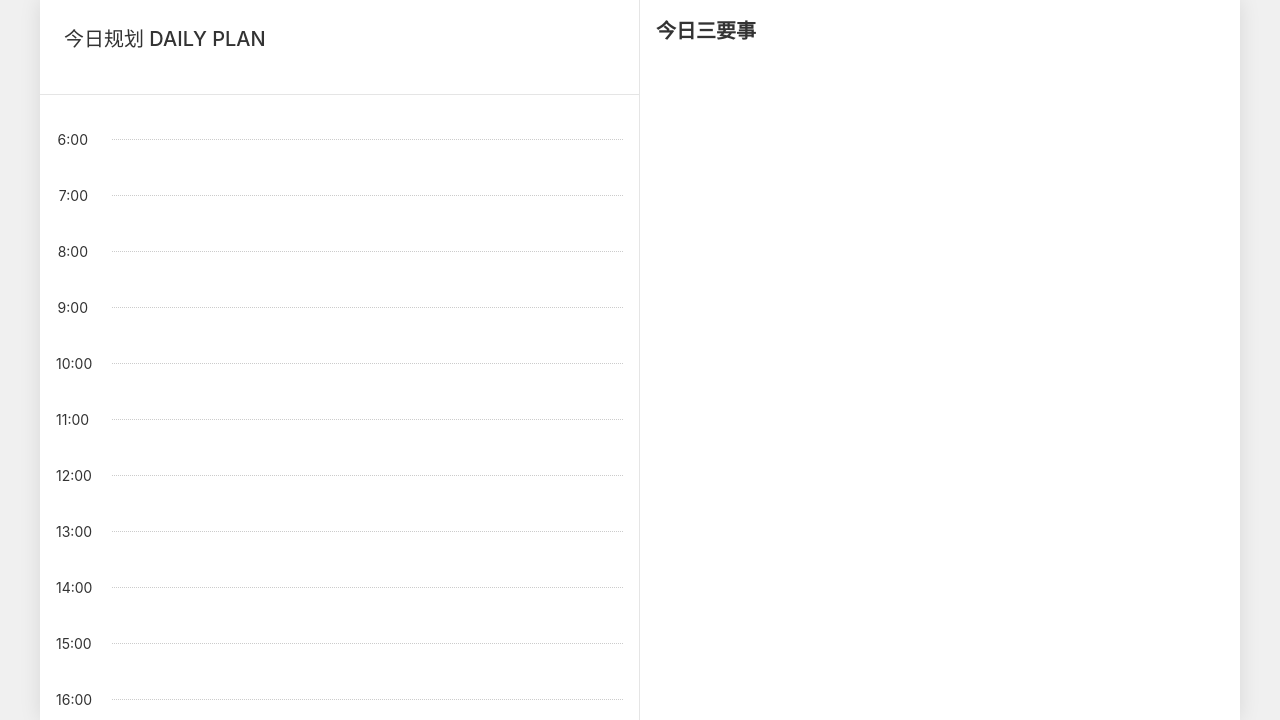
Repository: a6288a/Daily-Planner
Page: index.html
The author's editor kept a copy of each file at every save. The page is drawn from the files as they stood at one save, then again after the next save.
The browser window is 1280 px wide. The pictures show the whole page.
An inner scrolling area shows only its first screen.

Above is the page before, as saved 2024-12-10 16:03:40.

### index.html
<!DOCTYPE html>
<html lang="zh">
<head>
    <meta charset="UTF-8">
    <meta name="viewport" content="width=device-width, initial-scale=1.0">
    <title>每日规划笔记本</title>
    <link rel="stylesheet" href="styles.css">
</head>
<body>
    <div class="container">
        <!-- 左侧时间轴区域 -->
        <div class="timeline-area">
            <!-- 顶部日期区域 -->
            <div class="date-header">
                <div class="current-date" id="current-date">
                    <!-- 日期将通过 JS 动态生成 -->
                </div>
                <h1 class="page-title">今日规划 DAILY PLAN</h1>
            </div>
            <div class="timeline-container" id="timeline-container">
                <!-- 时间轴将通过 JS 动态生成 -->
            </div>
        </div>

        <!-- 右侧区域 -->
        <div class="right-area">
            <!-- 三只青蛙区域 -->
            <div class="frogs-area">
                <h2 class="frogs-title">今日三要事</h2>
                <div class="frog-tasks">
                    <div class="frog-task" data-index="0">
                        <span class="frog-emoji">🐸</span>
                        <div class="task-content" data-placeholder="拖拽内容到这里"></div>
                    </div>
                    <div class="frog-task" data-index="1">
                        <span class="frog-emoji">🐸</span>
                        <div class="task-content" data-placeholder="拖拽内容到这里"></div>
                    </div>
                    <div class="frog-task" data-index="2">
                        <span class="frog-emoji">🐸</span>
                        <div class="task-content" data-placeholder="拖拽内容到这里"></div>
                    </div>
                </div>
            </div>

            <!-- 自由记录区域 -->
            <div class="free-area" id="free-area">
                <!-- 便签将通过 JS 动态生成 -->
            </div>
        </div>
    </div>
    <script src="script.js"></script>
</body>
</html>

### styles.css
:root {
    /* 纸张风格颜色变量 */
    --paper-color: #ffffff;
    --ink-color: #333333;
    --dot-color: #cccccc;
    --line-color: #e5e5e5;
    --accent-color: #4a90e2;

    /* 间距变量 */
    --spacing-unit: 8px;

    /* 字体变量 */
    --title-font: 'PingFang SC', -apple-system, BlinkMacSystemFont, 'Segoe UI', Roboto, sans-serif;
}

* {
    margin: 0;
    padding: 0;
    box-sizing: border-box;
}

body {
    font-family: var(--title-font);
    color: var(--ink-color);
    background-color: #f0f0f0;
    line-height: 1.5;
}

.container {
    display: grid;
    grid-template-columns: 1fr 1fr;
    min-height: 100vh;
    width: 100%;
    max-width: 1200px;
    margin: 0 auto;
    background: var(--paper-color);
    box-shadow: 0 0 20px rgba(0,0,0,0.1);
}

/* 日期头部样式 */
.date-header {
    padding: calc(var(--spacing-unit) * 3);
    border-bottom: 1px solid var(--line-color);
}

.page-title {
    font-size: 1.25rem;
    font-weight: 500;
    margin-bottom: calc(var(--spacing-unit) * 2);
    color: var(--ink-color);
}

.calendar {
    font-size: 0.75rem;
    color: var(--ink-color);
}

.month-grid {
    display: grid;
    grid-template-columns: repeat(12, 1fr);
    gap: 4px;
    margin-bottom: calc(var(--spacing-unit) * 2);
}

.weekday-row {
    display: grid;
    grid-template-columns: repeat(7, 1fr);
    gap: 4px;
}

/* 时间轴区域样式 */
.timeline-area {
    border-right: 1px solid var(--line-color);
    background: var(--paper-color);
    height: 100vh;
    overflow-y: auto;
}

.timeline-container {
    padding: calc(var(--spacing-unit) * 2);
}

.time-slot {
    position: relative;
    padding: calc(var(--spacing-unit) * 1.5) 0;
    margin-left: calc(var(--spacing-unit) * 6);
}

.time-label {
    position: absolute;
    left: calc(var(--spacing-unit) * -6);
    top: 50%;
    transform: translateY(-50%);
    font-size: 0.875rem;
    color: var(--ink-color);
    width: calc(var(--spacing-unit) * 4);
    text-align: right;
}

/* 点状引导线 */
.time-content {
    position: relative;
    margin-left: calc(var(--spacing-unit) * 3);
    min-height: calc(var(--spacing-unit) * 3);
    padding: 4px 0;
}

.time-content::before {
    content: '';
    position: absolute;
    left: calc(var(--spacing-unit) * -2);
    right: 0;
    top: 50%;
    border-top: 1px dotted var(--dot-color);
    z-index: 1;
}

/* 自由区域样式 */
.free-area {
    flex: 1;
    overflow: auto;
    padding: calc(var(--spacing-unit) * 2);
    position: relative;
}

.note {
    position: absolute;
    min-width: 200px;
    min-height: 120px;
    background: var(--surface-color);
    border-radius: 4px;
    padding: calc(var(--spacing-unit) * 1.5);
    cursor: move;
    box-shadow: var(--shadow-1);
    transition: all 0.2s ease;
}

.note:hover {
    box-shadow: var(--shadow-2);
}

.editable {
    width: 100%;
    height: 100%;
    border: none;
    resize: none;
    font-family: inherit;
    font-size: 0.9375rem;
    color: var(--text-primary);
    background: transparent;
    padding: 0;
}

.editable:focus {
    outline: none;
}

/* 响应式设计 */
@media (max-width: 768px) {
    .container {
        grid-template-columns: 1fr; /* 在小屏幕上堆叠显示 */
    }

    .timeline-area,
    .right-area {
        height: 50vh; /* 上下各占一半 */
    }

    .time-label {
        font-size: 0.75rem;
        left: calc(var(--spacing-unit) * -6);
    }

    .note {
        min-width: 160px;
        min-height: 100px;
    }
}

/* 滚动条美化 */
::-webkit-scrollbar {
    width: 8px;
}

::-webkit-scrollbar-track {
    background: var(--background-color);
}

::-webkit-scrollbar-thumb {
    background: var(--primary-light);
    border-radius: 4px;
}

::-webkit-scrollbar-thumb:hover {
    background: var(--primary-color);
}

/* 修改右侧区域结构 */
.right-area {
    display: flex;
    flex-direction: column;
    height: 100vh;
    background: var(--background-color);
}

/* 三只青蛙区域样式 */
.frogs-area {
    background: var(--surface-color);
    padding: calc(var(--spacing-unit) * 2);
    box-shadow: var(--shadow-1);
    border-bottom: 1px solid var(--border-color);
}

.frogs-title {
    font-size: 1.25rem;
    color: var(--text-primary);
    margin-bottom: calc(var(--spacing-unit) * 2);
    display: flex;
    align-items: center;
    gap: var(--spacing-unit);
}

.frog-emoji {
    font-size: 1.5rem;
}

.frog-tasks {
    display: grid;
    gap: calc(var(--spacing-unit) * 2);
    margin-bottom: var(--spacing-unit);
}

.frog-task {
    position: relative;
    padding: calc(var(--spacing-unit) * 1.5);
    background: var(--background-color);
    border-radius: 4px;
    border: 1px solid var(--border-color);
    min-height: calc(var(--spacing-unit) * 6);
    transition: all 0.2s ease;
}

.frog-task:empty::before {
    content: attr(data-placeholder);
    color: var(--text-secondary);
    position: absolute;
    pointer-events: none;
}

.frog-task:hover {
    border-color: var(--primary-color);
    box-shadow: var(--shadow-1);
}

.frog-task:focus {
    outline: none;
    border-color: var(--primary-color);
    box-shadow: var(--shadow-2);
}

/* 修改自由区域样式 */
.free-area {
    flex: 1;
    overflow: auto;
    padding: calc(var(--spacing-unit) * 2);
    position: relative;
}

/* 响应式设计更新 */
@media (max-width: 768px) {
    .container {
        grid-template-columns: 1fr;
    }

    .timeline-area,
    .right-area {
        height: 50vh;
    }

    .frogs-area {
        padding: var(--spacing-unit);
    }

    .frog-tasks {
        gap: var(--spacing-unit);
    }

    .frog-task {
        padding: var(--spacing-unit);
        min-height: calc(var(--spacing-unit) * 5);
    }
}

### script.js
// 初始化数据
let timelineData = JSON.parse(localStorage.getItem('timelineData')) || {};
let freeNotes = JSON.parse(localStorage.getItem('freeNotes')) || [];
let frogTasks = JSON.parse(localStorage.getItem('frogTasks')) || ['', '', '']; // 三只青蛙任务数据

// 初始化页面
document.addEventListener('DOMContentLoaded', () => {
    initializeTimeline();
    initializeFreeArea();
    initializeFrogTasks();
    loadSavedData();
});

// 初始化时间轴
function initializeTimeline() {
    const container = document.getElementById('timeline-container');

    // 生成6:00-24:00的时间槽
    for (let hour = 6; hour <= 24; hour++) {
        const timeSlot = document.createElement('div');
        timeSlot.className = 'time-slot';

        const timeLabel = document.createElement('div');
        timeLabel.className = 'time-label';
        timeLabel.textContent = `${hour}:00`;

        const timeContent = document.createElement('div');
        timeContent.className = 'time-content';
        timeContent.contentEditable = true;
        timeContent.dataset.hour = hour;

        // 加载保存的数据
        if (timelineData[hour]) {
            timeContent.textContent = timelineData[hour];
        }

        // 保存输入的内容
        timeContent.addEventListener('blur', (e) => {
            const hour = e.target.dataset.hour;
            timelineData[hour] = e.target.textContent;
            saveToLocalStorage();
        });

        // 添加拖拽功能
        timeContent.draggable = true;
        timeContent.addEventListener('dragstart', handleDragStart);
        timeContent.addEventListener('dragover', handleDragOver);
        timeContent.addEventListener('drop', handleDrop);

        timeSlot.appendChild(timeLabel);
        timeSlot.appendChild(timeContent);
        container.appendChild(timeSlot);
    }
}

// 初始化自由区域
function initializeFreeArea() {
    const freeArea = document.getElementById('free-area');

    // 点击空白处添加新便签
    freeArea.addEventListener('dblclick', (e) => {
        if (e.target === freeArea) {
            createNote(e.clientX, e.clientY);
        }
    });
}

// 创建新便签
function createNote(x, y) {
    const note = document.createElement('div');
    note.className = 'note';

    const textarea = document.createElement('textarea');
    textarea.className = 'editable';

    note.style.left = `${x}px`;
    note.style.top = `${y}px`;

    note.appendChild(textarea);
    document.getElementById('free-area').appendChild(note);

    // 使便签可拖动
    makeDraggable(note);

    // 保存便签内容
    textarea.addEventListener('blur', () => {
        const noteData = {
            id: Date.now(),
            content: textarea.value,
            position: {
                x: note.offsetLeft,
                y: note.offsetTop
            }
        };
        freeNotes.push(noteData);
        saveToLocalStorage();
    });
}

// 使元素可拖动
function makeDraggable(element) {
    let pos1 = 0, pos2 = 0, pos3 = 0, pos4 = 0;

    element.onmousedown = dragMouseDown;

    function dragMouseDown(e) {
        e.preventDefault();
        pos3 = e.clientX;
        pos4 = e.clientY;
        document.onmouseup = closeDragElement;
        document.onmousemove = elementDrag;
    }

    function elementDrag(e) {
        e.preventDefault();
        pos1 = pos3 - e.clientX;
        pos2 = pos4 - e.clientY;
        pos3 = e.clientX;
        pos4 = e.clientY;

        element.style.top = (element.offsetTop - pos2) + "px";
        element.style.left = (element.offsetLeft - pos1) + "px";
    }

    function closeDragElement() {
        document.onmouseup = null;
        document.onmousemove = null;
    }
}

// 处理时间轴拖拽
function handleDragStart(e) {
    e.dataTransfer.setData('text/plain', e.target.dataset.hour);
}

function handleDragOver(e) {
    e.preventDefault();
}

function handleDrop(e) {
    e.preventDefault();
    const sourceHour = e.dataTransfer.getData('text/plain');
    const targetHour = e.target.dataset.hour;

    // 交换内容
    const temp = timelineData[sourceHour];
    timelineData[sourceHour] = timelineData[targetHour];
    timelineData[targetHour] = temp;

    // 更新显示
    loadSavedData();
}

// 初始化三只青蛙任务
function initializeFrogTasks() {
    const frogTaskElements = document.querySelectorAll('.frog-task');

    frogTaskElements.forEach((task, index) => {
        // 加载保存的数据
        task.textContent = frogTasks[index] || '';

        // 保存任务内容
        task.addEventListener('blur', (e) => {
            frogTasks[index] = e.target.textContent;
            saveToLocalStorage();
        });

        // 添加键盘事件
        task.addEventListener('keydown', (e) => {
            if (e.key === 'Enter') {
                e.preventDefault();
                task.blur();
            }
        });

        // 添加动画效果
        task.addEventListener('focus', () => {
            task.style.transform = 'scale(1.02)';
        });

        task.addEventListener('blur', () => {
            task.style.transform = 'scale(1)';
        });
    });
}

// 加载保存的数据
function loadSavedData() {
    // 加载时间轴数据
    for (const hour in timelineData) {
        const timeContent = document.querySelector(`[data-hour="${hour}"]`);
        if (timeContent) {
            timeContent.textContent = timelineData[hour];
        }
    }

    // 加载自由区便签
    freeNotes.forEach(note => {
        const noteElement = document.createElement('div');
        noteElement.className = 'note';
        noteElement.style.left = `${note.position.x}px`;
        noteElement.style.top = `${note.position.y}px`;

        const textarea = document.createElement('textarea');
        textarea.className = 'editable';
        textarea.value = note.content;

        noteElement.appendChild(textarea);
        document.getElementById('free-area').appendChild(noteElement);
        makeDraggable(noteElement);
    });

    // 加载青蛙任务
    const frogTaskElements = document.querySelectorAll('.frog-task');
    frogTaskElements.forEach((task, index) => {
        task.textContent = frogTasks[index] || '';
    });
}

// 保存到本地存储
function saveToLocalStorage() {
    localStorage.setItem('timelineData', JSON.stringify(timelineData));
    localStorage.setItem('freeNotes', JSON.stringify(freeNotes));
    localStorage.setItem('frogTasks', JSON.stringify(frogTasks));
}

After the next save:
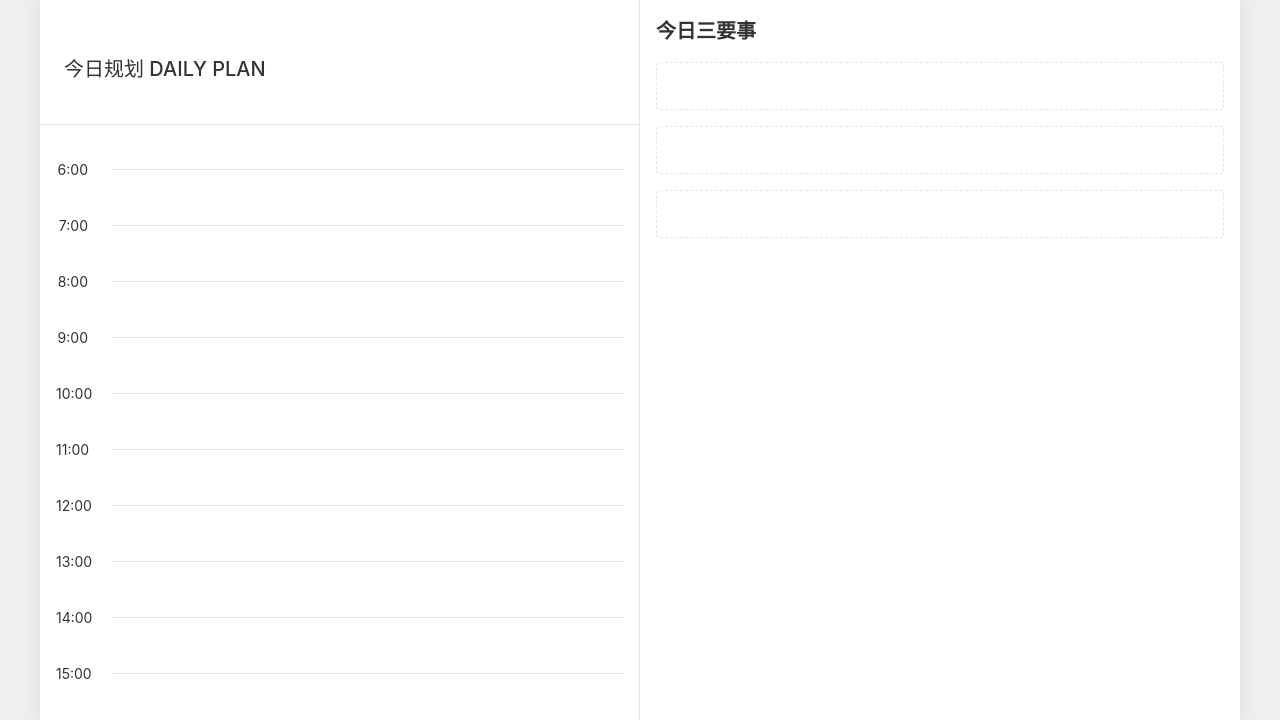
Saved 12 s later.
--- a/styles.css
+++ b/styles.css
@@ -127,11 +127,11 @@ body {
     position: absolute;
     min-width: 200px;
     min-height: 120px;
-    background: var(--surface-color);
-    border-radius: 4px;
-    padding: calc(var(--spacing-unit) * 1.5);
+    background: var(--paper-color);
+    border-radius: 4px;
+    padding: calc(var(--spacing-unit) * 2);
+    box-shadow: 0 2px 4px rgba(0,0,0,0.1);
     cursor: move;
-    box-shadow: var(--shadow-1);
     transition: all 0.2s ease;
 }
 
@@ -203,7 +203,7 @@ body {
     background: var(--background-color);
 }
 
-/* 三只青蛙区域样式 */
+/* 三只��蛙区域样式 */
 .frogs-area {
     background: var(--surface-color);
     padding: calc(var(--spacing-unit) * 2);
@@ -221,7 +221,8 @@ body {
 }
 
 .frog-emoji {
-    font-size: 1.5rem;
+    font-size: 1.25rem;
+    line-height: 1;
 }
 
 .frog-tasks {
@@ -231,18 +232,19 @@ body {
 }
 
 .frog-task {
-    position: relative;
+    display: flex;
+    align-items: flex-start;
+    gap: calc(var(--spacing-unit) * 2);
     padding: calc(var(--spacing-unit) * 1.5);
-    background: var(--background-color);
-    border-radius: 4px;
-    border: 1px solid var(--border-color);
+    background: var(--paper-color);
+    border: 1px dashed var(--line-color);
+    border-radius: 4px;
     min-height: calc(var(--spacing-unit) * 6);
-    transition: all 0.2s ease;
 }
 
 .frog-task:empty::before {
     content: attr(data-placeholder);
-    color: var(--text-secondary);
+    color: var(--dot-color);
     position: absolute;
     pointer-events: none;
 }
@@ -290,3 +292,92 @@ body {
         min-height: calc(var(--spacing-unit) * 5);
     }
 }
+
+/* 修改日期头部样式 */
+.current-date {
+    font-size: 1rem;
+    color: var(--ink-color);
+    margin-bottom: calc(var(--spacing-unit) * 2);
+    cursor: pointer;
+    display: inline-block;
+    padding: 4px 8px;
+    border-radius: 4px;
+    transition: background-color 0.2s;
+}
+
+.current-date:hover {
+    background-color: var(--line-color);
+}
+
+/* 修改便签样式 */
+.note {
+    position: absolute;
+    min-width: 200px;
+    min-height: 120px;
+    background: var(--paper-color);
+    border-radius: 4px;
+    padding: calc(var(--spacing-unit) * 2);
+    box-shadow: 0 2px 4px rgba(0,0,0,0.1);
+    cursor: move;
+    transition: all 0.2s ease;
+}
+
+.note-header {
+    display: flex;
+    justify-content: flex-end;
+    margin-bottom: var(--spacing-unit);
+}
+
+.delete-note {
+    background: none;
+    border: none;
+    color: var(--ink-color);
+    cursor: pointer;
+    padding: 4px;
+    opacity: 0.6;
+    transition: opacity 0.2s;
+}
+
+.delete-note:hover {
+    opacity: 1;
+}
+
+/* 修改青蛙任务样式 */
+.frog-task {
+    display: flex;
+    align-items: flex-start;
+    gap: calc(var(--spacing-unit) * 2);
+    padding: calc(var(--spacing-unit) * 1.5);
+    background: var(--paper-color);
+    border: 1px dashed var(--line-color);
+    border-radius: 4px;
+    min-height: calc(var(--spacing-unit) * 6);
+}
+
+.frog-emoji {
+    font-size: 1.25rem;
+    line-height: 1;
+}
+
+.task-content {
+    flex: 1;
+    min-height: 24px;
+    position: relative;
+}
+
+.task-content:empty::before {
+    content: attr(data-placeholder);
+    color: var(--dot-color);
+    position: absolute;
+    pointer-events: none;
+}
+
+/* 拖拽相关样式 */
+.dragging {
+    opacity: 0.5;
+}
+
+.drag-over {
+    border-color: var(--accent-color);
+    background-color: rgba(74, 144, 226, 0.1);
+}
